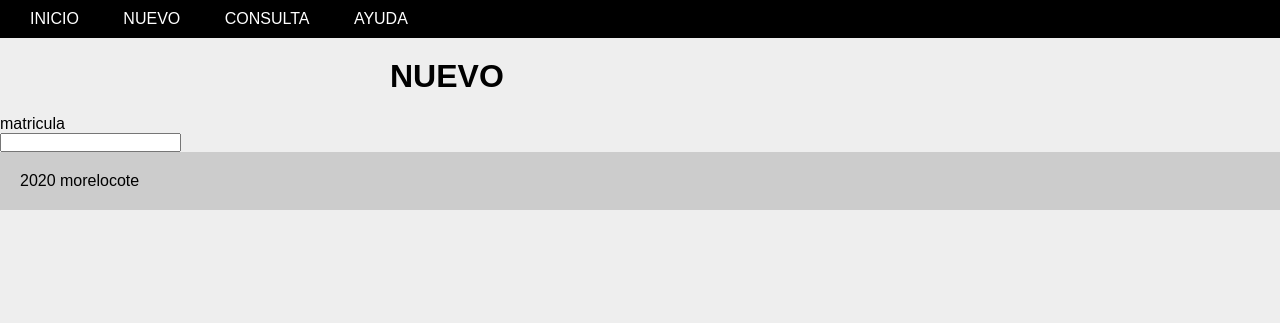
Repository: edgarhdzp/crud-php-poo-mvc-ajax
Page: http://localhost/poomvc/nuevo
These files come from the project's save history. The page is drawn as it stood at one moment and after the next save; the edit follows.
The browser window is 1280 px wide. The pictures show the whole page.
The page is run by PHP 8.4 with error messages shown; the project is at /var/www/html/.

Above is the page before, as saved 2020-06-23 13:01:35.

After the next save:
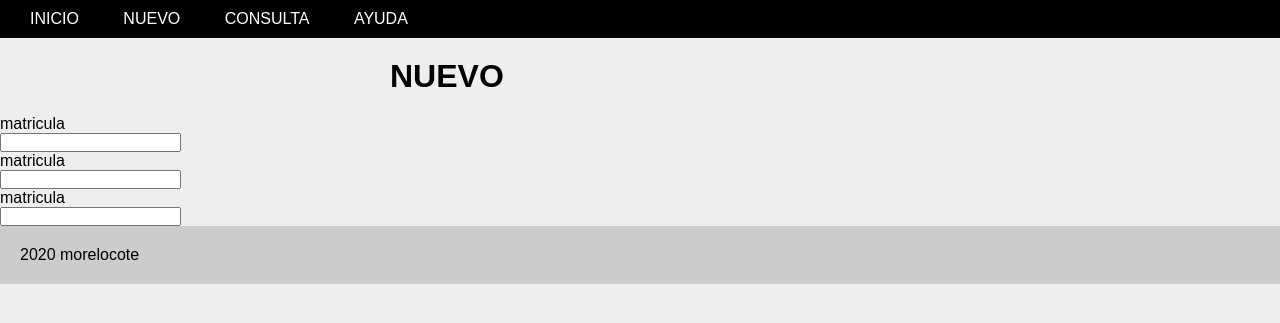
Saved 7 s later.
--- a/views/nuevo/index.php
+++ b/views/nuevo/index.php
@@ -18,6 +18,13 @@
         <label for="matricula">matricula</label><br>
         <input type="text" name="matricula" id="">
     </p>
+    <p>
+        <label for="matricula">matricula</label><br>
+        <input type="text" name="matricula" id="">
+    </p>    <p>
+        <label for="matricula">matricula</label><br>
+        <input type="text" name="matricula" id="">
+    </p>
 </form>
 
 <?php require 'views/footer.php'; ?>
